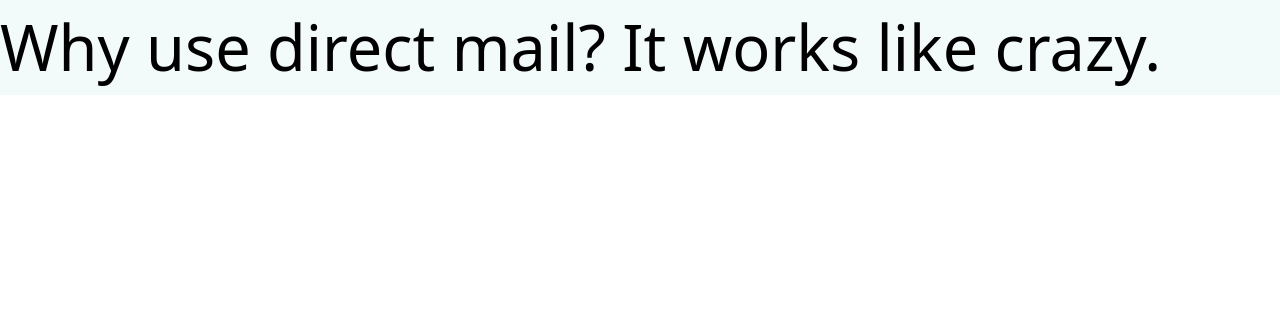
Repository: trusha97/postpilot
Page: mailsende.html
The author's editor kept a copy of each file at every save. The page is drawn from the files as they stood at one save, then again after a run of saves.
The browser window is 1280 px wide. The pictures show the whole page.
Some web libraries are served in a nearby version.

Above is the page before, as saved 2025-05-21 11:04:08.

### mailsende.html
<!DOCTYPE html>
<html lang="en">

<head>
    <meta charset="UTF-8" />
    <meta name="viewport" content="width=device-width, initial-scale=1.0" />
    <title>mail send</title>
    <!-- Tailwind CSS CDN -->
    <script src="https://cdn.tailwindcss.com"></script>
</head>

<body>
    <div class="bg-[#F3FAFA]">
        <div>
            <p class="text-[63px] max-w-[]">Why use direct mail?
                It works like crazy.</p>
        </div>
    </div>
</body>

</html>

After the next 2 saves:
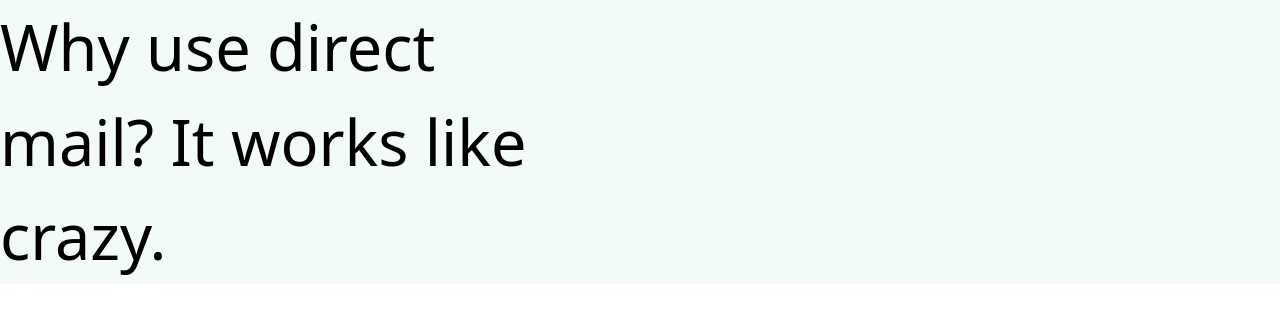
The 2 saves are shown as one change because they came seconds apart.
The last was saved 6 s later.
--- a/mailsende.html
+++ b/mailsende.html
@@ -12,7 +12,7 @@
 <body>
     <div class="bg-[#F3FAFA]">
         <div>
-            <p class="text-[63px] max-w-[]">Why use direct mail?
+            <p class="text-[63px] max-w-[585px] text">Why use direct mail?
                 It works like crazy.</p>
         </div>
     </div>
